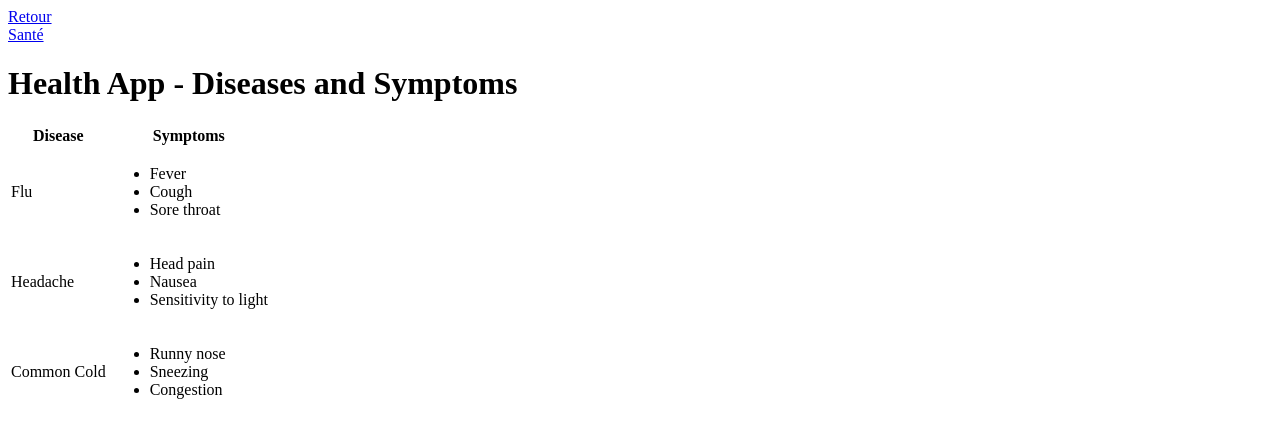
Repository: Sidel-malek/e-sbitar
Page: http://localhost/singup/
The author's editor kept a copy of each file at every save. The page is drawn from the files as they stood at one save, then again after the next save.
The browser window is 1280 px wide. The pictures show the whole page.
The page is served by Tomcat 9. Other server files are loaded and not shown.

Above is the page before, as saved 2023-06-03 02:25:13.

### authentification/singup/src/main/webapp/index.jsp

<!DOCTYPE html>
<html>
<head>
    <title>Health App - Diseases and Symptoms</title>
</head>
<body>


    <div class="maladie-image" id="maladie-image">
    <a href="prestataire.jsp" class="maladie-image-link">Retour</a>
    </div>

 <div class="maladie2-image" id="maladie2-image">
    <a href="${pageContext.request.contextPath}/maladies" class="maladie-image-link">Santé</a>
</div>

    <h1>Health App - Diseases and Symptoms</h1>

    <table id="diseasesTable">
        <thead>
            <tr>
                <th>Disease</th>
                <th>Symptoms</th>
            </tr>
        </thead>
        <tbody id="diseasesBody"></tbody>
    </table>




    <script>



    var userRole = "${ pageContext.request.getAttribute('role') }";
    if ( userRole == 'Patient' ) {
        document.getElementById("maladie-image").style.display = "none";
    }
        // Sample data - diseases and symptoms
        var diseases = [
            { name: "Flu", symptoms: ["Fever", "Cough", "Sore throat"] },
            { name: "Headache", symptoms: ["Head pain", "Nausea", "Sensitivity to light"] },
            { name: "Common Cold", symptoms: ["Runny nose", "Sneezing", "Congestion"] }
        ];

        // Display diseases and symptoms in a table
        var diseasesBody = document.getElementById("diseasesBody");

        diseases.forEach(function (disease) {
            var row = document.createElement("tr");

            // Create a cell for disease name
            var diseaseNameCell = document.createElement("td");
            diseaseNameCell.textContent = disease.name;
            row.appendChild(diseaseNameCell);

            // Create a cell for symptoms
            var symptomsCell = document.createElement("td");
            var symptomsList = document.createElement("ul");

            disease.symptoms.forEach(function (symptom) {
                var symptomItem = document.createElement("li");
                symptomItem.textContent = symptom;
                symptomsList.appendChild(symptomItem);
            });

            symptomsCell.appendChild(symptomsList);
            row.appendChild(symptomsCell);

            diseasesBody.appendChild(row);
        });
    </script>
</body>
</html>

After the next save:
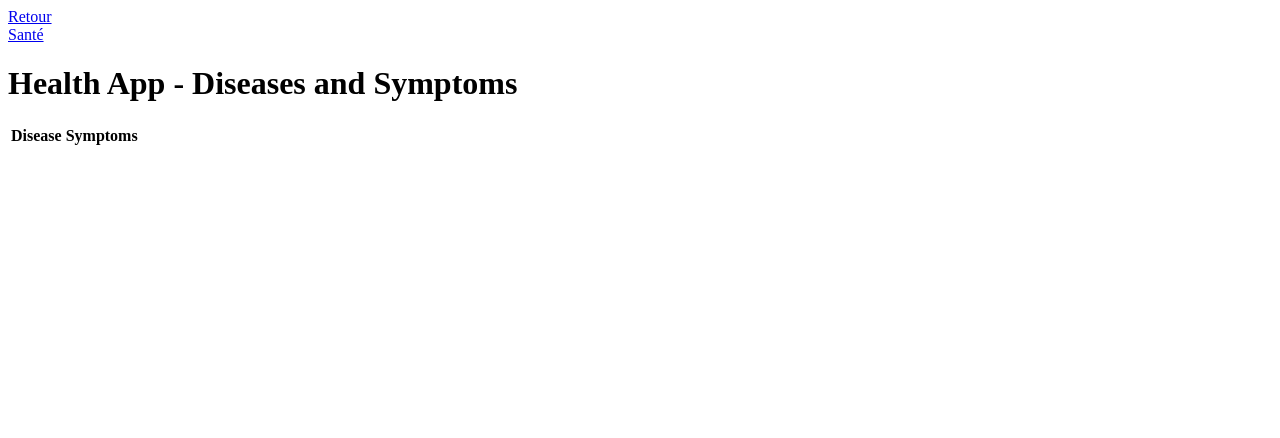
Saved 3 min 38 s later.
--- a/authentification/singup/src/main/webapp/index.jsp
+++ b/authentification/singup/src/main/webapp/index.jsp
@@ -1,19 +1,16 @@
-
 <!DOCTYPE html>
 <html>
 <head>
     <title>Health App - Diseases and Symptoms</title>
 </head>
 <body>
-
-
     <div class="maladie-image" id="maladie-image">
-    <a href="prestataire.jsp" class="maladie-image-link">Retour</a>
+        <a href="prestataire.jsp" class="maladie-image-link">Retour</a>
     </div>
 
- <div class="maladie2-image" id="maladie2-image">
-    <a href="${pageContext.request.contextPath}/maladies" class="maladie-image-link">Santé</a>
-</div>
+    <div class="maladie2-image" id="maladie2-image">
+        <a href="${pageContext.request.contextPath}/maladies" class="maladie-image-link">Santé</a>
+    </div>
 
     <h1>Health App - Diseases and Symptoms</h1>
 
@@ -27,50 +24,13 @@
         <tbody id="diseasesBody"></tbody>
     </table>
 
+    <script>
+        // JavaScript code for handling user role and displaying elements
+        var userRole = "${pageContext.request.getAttribute('role')}";
 
-
-
-    <script>
-
-
-
-    var userRole = "${ pageContext.request.getAttribute('role') }";
-    if ( userRole == 'Patient' ) {
-        document.getElementById("maladie-image").style.display = "none";
-    }
-        // Sample data - diseases and symptoms
-        var diseases = [
-            { name: "Flu", symptoms: ["Fever", "Cough", "Sore throat"] },
-            { name: "Headache", symptoms: ["Head pain", "Nausea", "Sensitivity to light"] },
-            { name: "Common Cold", symptoms: ["Runny nose", "Sneezing", "Congestion"] }
-        ];
-
-        // Display diseases and symptoms in a table
-        var diseasesBody = document.getElementById("diseasesBody");
-
-        diseases.forEach(function (disease) {
-            var row = document.createElement("tr");
-
-            // Create a cell for disease name
-            var diseaseNameCell = document.createElement("td");
-            diseaseNameCell.textContent = disease.name;
-            row.appendChild(diseaseNameCell);
-
-            // Create a cell for symptoms
-            var symptomsCell = document.createElement("td");
-            var symptomsList = document.createElement("ul");
-
-            disease.symptoms.forEach(function (symptom) {
-                var symptomItem = document.createElement("li");
-                symptomItem.textContent = symptom;
-                symptomsList.appendChild(symptomItem);
-            });
-
-            symptomsCell.appendChild(symptomsList);
-            row.appendChild(symptomsCell);
-
-            diseasesBody.appendChild(row);
-        });
+        if (userRole === 'Patient') {
+            document.getElementById("maladie-image").style.display = "none";
+        }
     </script>
 </body>
 </html>
